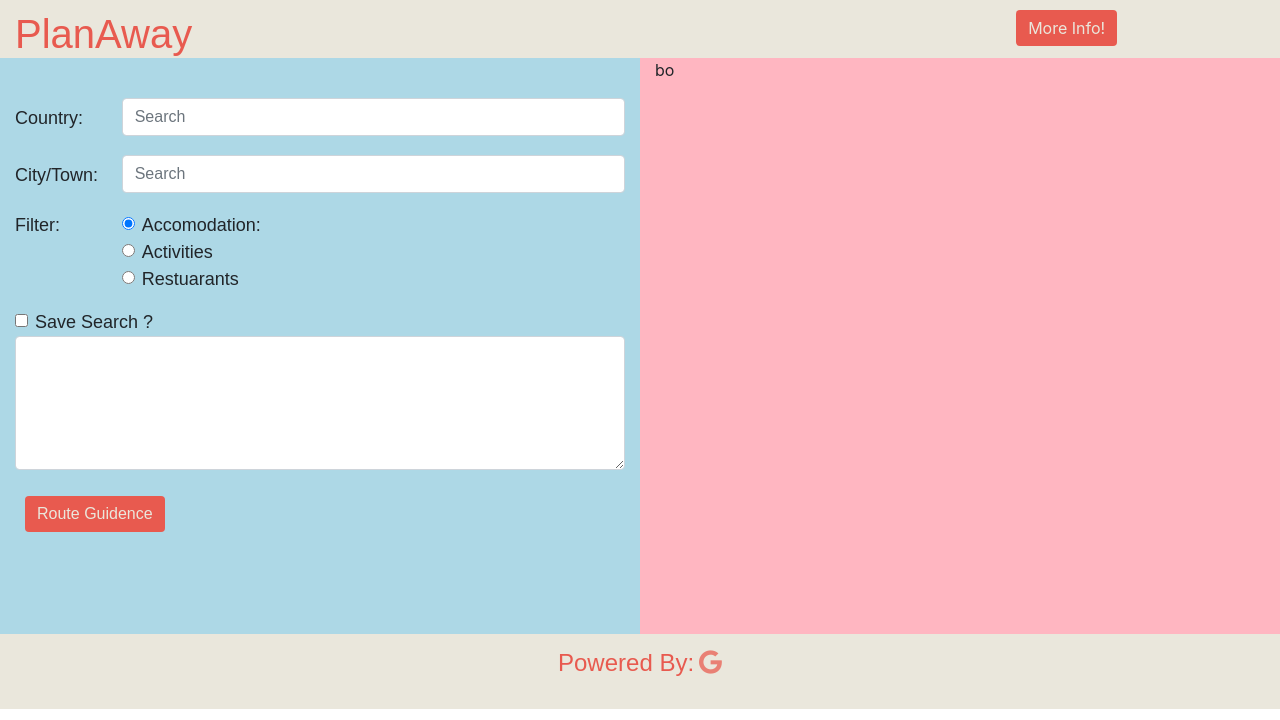
Repository: Brad000/PlanAway-Project
Page: planner.html
The author's editor kept a record of every edit. The page is drawn from the files as they stood at one moment, then again after the next edit.
The browser window is 1280 px wide. The pictures show the whole page.
Some icons come from a web library that is not loaded, so they are not drawn. Some web fonts or font styles are not loaded; a fallback is used. Some web libraries are served in a nearby version.

Above is the page before.

After the next edit:
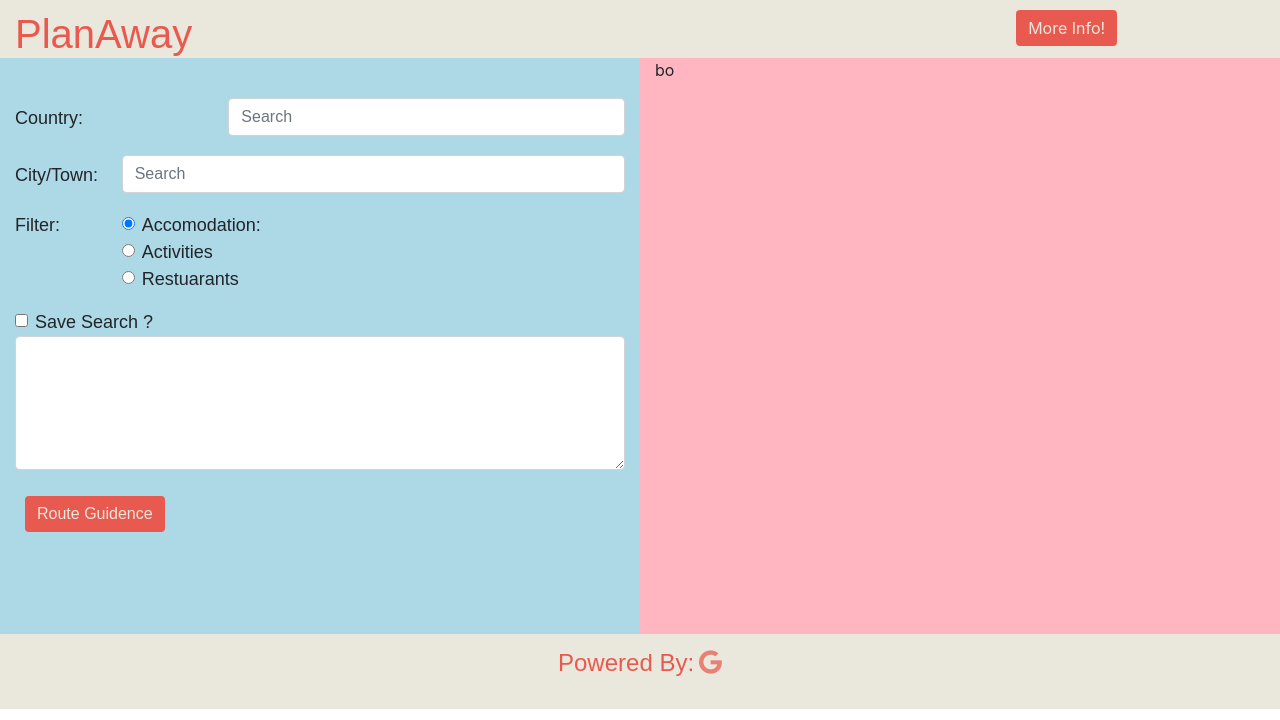
The edit:
--- a/planner.html
+++ b/planner.html
@@ -43,8 +43,8 @@
 
                 <form class="plan-form">
                     <div class="form-group row">
-                        <label class="col-sm-2 col-form-label">Country:</label>
-                        <div class="col-sm-10">
+                        <label class="col-sm-2 col-md-4 col-form-label">Country:</label>
+                        <div class="col-sm-10 col-md-8">
                             <input type="text" class="form-control" placeholder="Search">
                         </div>
                     </div>
